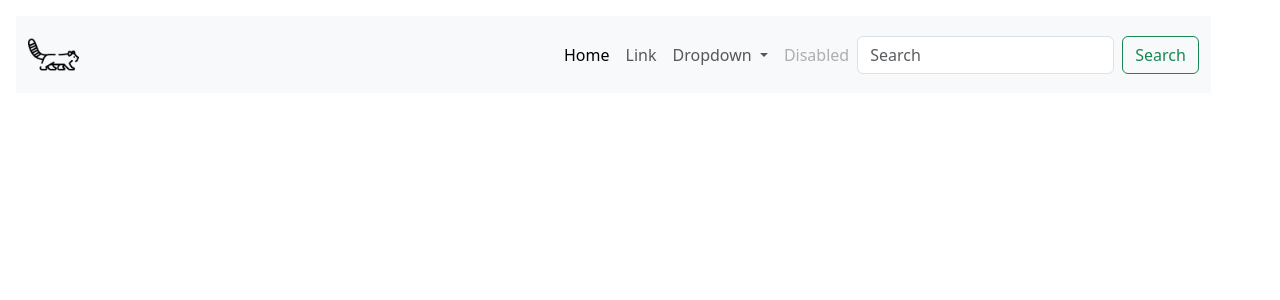
Repository: lasity34/portfolio
Page: index.html
These files come from the project's save history. The page is drawn as it stood at one moment and after the next save; the edit follows.
The browser window is 1280 px wide. The pictures show the whole page.

Above is the page before, as saved 2023-03-13 13:15:32.

After the next save:
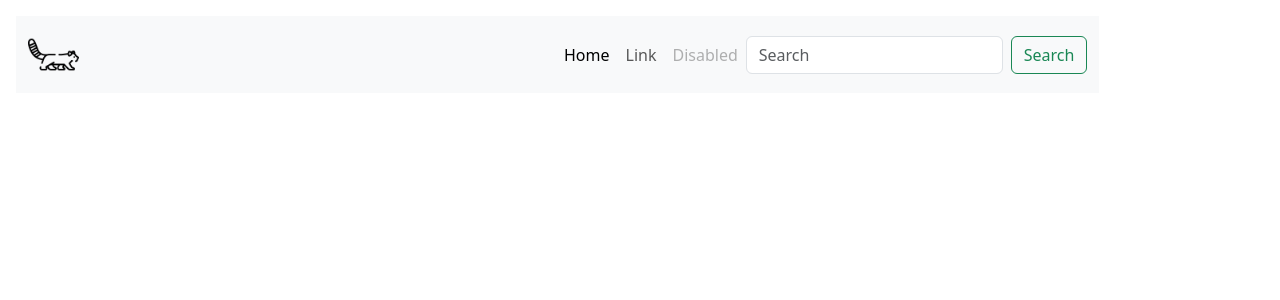
Saved 8 s later.
--- a/index.html
+++ b/index.html
@@ -63,12 +63,7 @@
               <li class="nav-item">
                 <a class="nav-link" href="#">Link</a>
               </li>
-              <li class="nav-item dropdown">
-                <a class="nav-link dropdown-toggle" href="#" role="button" data-bs-toggle="dropdown" aria-expanded="false">
-                  Dropdown
-                </a>
 
-              </li>
               <li class="nav-item">
                 <a class="nav-link disabled">Disabled</a>
               </li>
